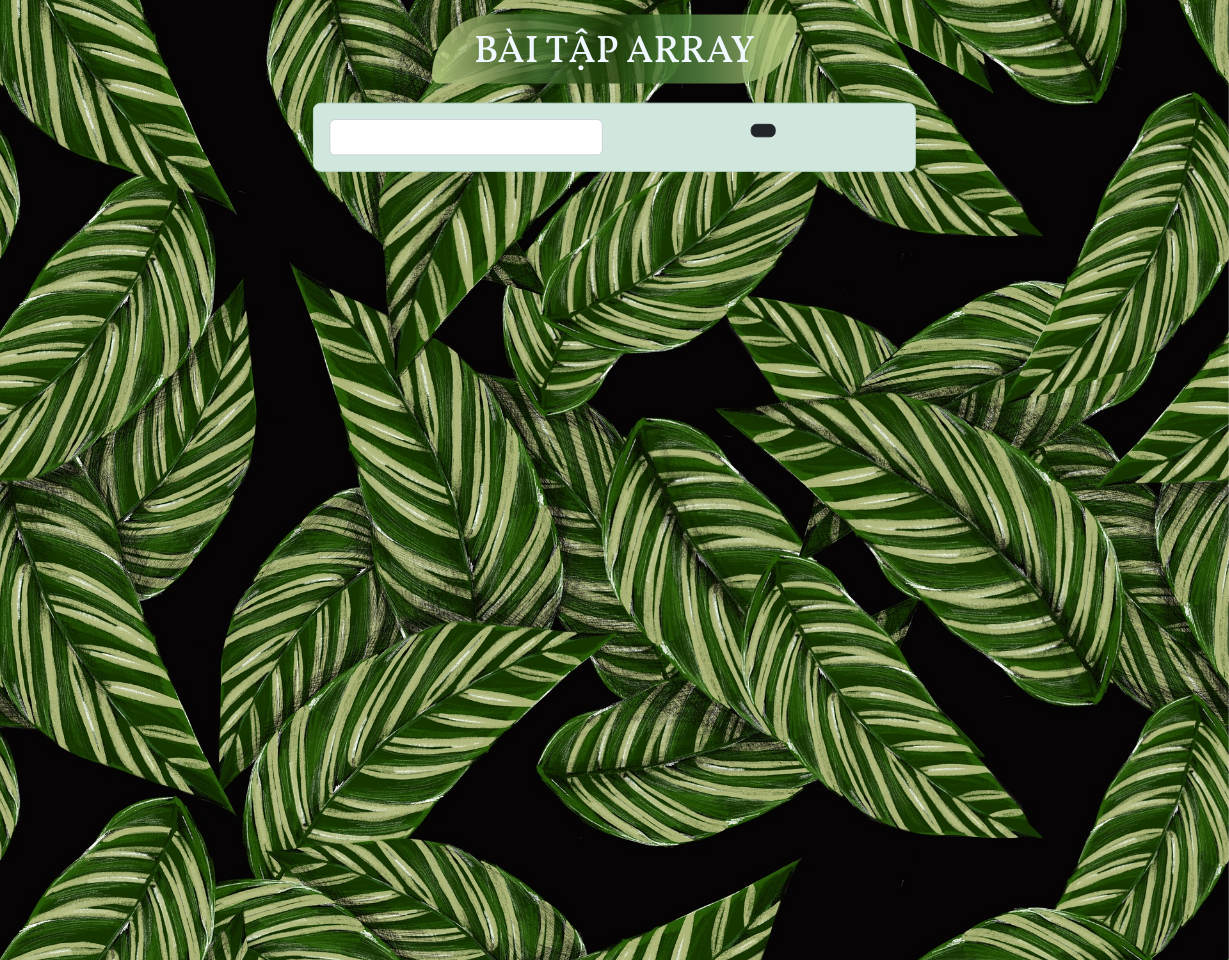
Repository: hcozyph/TranHuuPhuoc_BC43_BT_JS_Buoi7_8_ARRAY
Page: index.html
These files come from the project's save history. The page is drawn as it stood at one moment and after the next save; the edit follows.
The browser window is 1280 px wide. The pictures show the whole page, at 96% of full size.

Above is the page before, as saved 2023-02-20 22:21:24.

### index.html
<!DOCTYPE html>
<html lang="en">
    <head>
        <title>BT Array</title>
        <!-- Required meta tags -->
        <meta charset="utf-8" />
        <meta
            name="viewport"
            content="width=device-width, initial-scale=1, shrink-to-fit=no"
        />
        <!-- font -->
        <link rel="preconnect" href="https://fonts.googleapis.com" />
        <link rel="preconnect" href="https://fonts.gstatic.com" crossorigin />
        <link
            href="https://fonts.googleapis.com/css2?family=Fraunces:ital,opsz,wght@0,9..144,600;0,9..144,700;1,9..144,300;1,9..144,400;1,9..144,500;1,9..144,600;1,9..144,700;1,9..144,800&family=Vollkorn:ital,wght@0,400;0,500;0,600;0,700;0,800;0,900;1,400;1,500;1,600;1,700;1,800;1,900&display=swap"
            rel="stylesheet"
        />
        <!-- Bootstrap CSS v5.2.1 -->
        <link
            href="https://cdn.jsdelivr.net/npm/bootstrap@5.2.1/dist/css/bootstrap.min.css"
            rel="stylesheet"
            integrity="sha384-iYQeCzEYFbKjA/T2uDLTpkwGzCiq6soy8tYaI1GyVh/UjpbCx/TYkiZhlZB6+fzT"
            crossorigin="anonymous"
        />

        <!-- index.css -->
        <link rel="stylesheet" href="./css/index.css" />
    </head>

    <body>
        <div class="container">
            <div class="bt-array-top">
                <div class="bt-array-title pt-2">
                    <h1 class="text-center p-2">BÀI TẬP ARRAY</h1>
                </div>

                <div
                    class="alert alert-success w-50 text-center d-block rounded-3"
                    style="margin: 20px auto"
                >
                    <div class="row row-cols-2">
                        <div class="col">
                            <input
                                type="number"
                                class="form-control"
                                id="userInput"
                            />
                        </div>
                        <div class="col">
                            <button class="btn btn-dark"></button>
                        </div>
                    </div>
                </div>
            </div>

            <div class="bt-array-content">
                <div class=""></div>
                <div class="bt1"></div>
            </div>
        </div>

        <!-- Bootstrap JavaScript Libraries -->
        <script
            src="https://cdn.jsdelivr.net/npm/@popperjs/core@2.11.6/dist/umd/popper.min.js"
            integrity="sha384-oBqDVmMz9ATKxIep9tiCxS/Z9fNfEXiDAYTujMAeBAsjFuCZSmKbSSUnQlmh/jp3"
            crossorigin="anonymous"
        ></script>

        <script
            src="https://cdn.jsdelivr.net/npm/bootstrap@5.2.1/dist/js/bootstrap.min.js"
            integrity="sha384-7VPbUDkoPSGFnVtYi0QogXtr74QeVeeIs99Qfg5YCF+TidwNdjvaKZX19NZ/e6oz"
            crossorigin="anonymous"
        ></script>

        <!-- method.js -->
        <link rel="stylesheet" href="./js/method.js" />

        <!-- index.js -->
        <script src="./js/index.js"></script>
    </body>
</html>

### css/index.css
* {
    margin: 0;
    padding: 0;
    box-sizing: border-box;
    font-family: "Fraunces", serif;
    font-family: "Vollkorn", serif;
}

.container {
    margin: 0 auto;
    max-width: 1440px;

    background-image: url(../img/2.jpg);
    background-size: cover;
    background-position: center;
    background-repeat: no-repeat;

    height: 1000px;
    padding-top: 15px;
}

.bt-array-title {
    display: block;
    width: 380px;
    margin: 0 auto;
    border-radius: 80px 10px 80px 10px;

    font-size: 40px;
    font-weight: 700;
    /* background-color: red; */
    color: aliceblue;
    background: rgb(156, 173, 110);
    background: linear-gradient(
        90deg,
        rgba(198, 219, 142, 0.8) 0%,
        rgba(156, 173, 110, 0.8) 10%,
        rgba(60, 94, 39, 0.8) 25%,
        rgba(68, 112, 49, 0.8) 29%,
        rgba(27, 57, 5, 0.8) 49%,
        rgba(66, 114, 50, 0.8) 63%,
        rgba(90, 139, 69, 0.8) 74%,
        rgba(184, 203, 130, 0.8) 95%
    );
}

/* .bt-array-content {
} */

Loaded but not shown: js/index.js (no copy from this time; the picture is the same without it); js/method.js (no stored copy; drawn as an empty file)

After the next save:
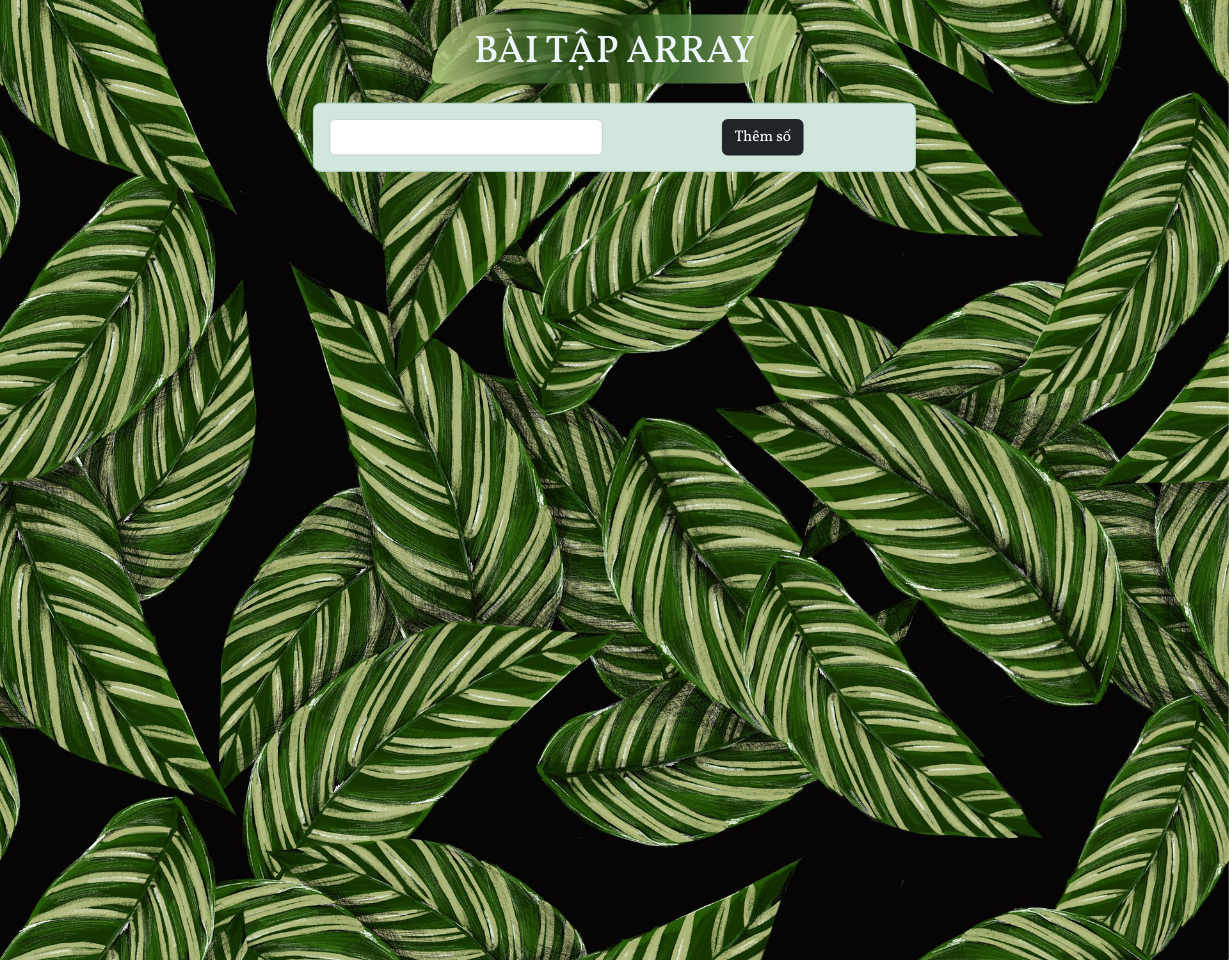
Saved 15 s later.
--- a/index.html
+++ b/index.html
@@ -47,7 +47,7 @@
                             />
                         </div>
                         <div class="col">
-                            <button class="btn btn-dark"></button>
+                            <button class="btn btn-dark">Thêm số</button>
                         </div>
                     </div>
                 </div>
